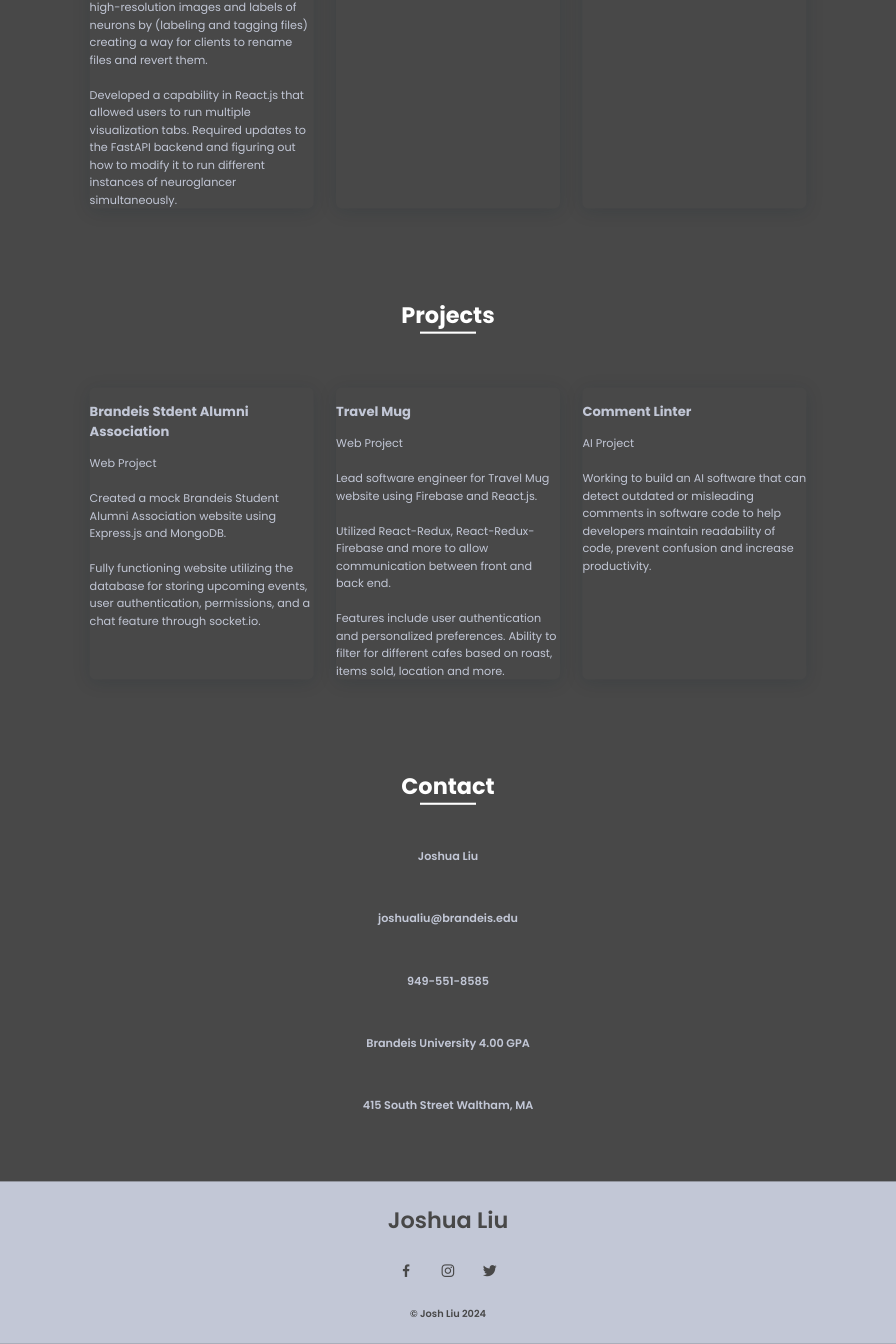
Repository: joshliu14/joshliu14.github.io
Page: index.html
An editor plug-in stored every save of this project. The page is shown before and after the next save, followed by the edit.
The browser window is 1280 px wide. The pictures show the part of the page from y = 3514 to 5434 px (the page is 5434 px tall before and 5345 px after), at 70% of full size.

Above is the page before, as saved 2024-02-01 03:41:36.

### index.html
<!DOCTYPE html>
<html lang="en">
  <head>
    <meta charset="UTF-8" />
    <meta name="viewport" content="width=device-width, initial-scale=1.0" />
    <link rel="icon" href="assets/icons/favicon.ico" type="image/x-icon"/>
    <link rel="stylesheet" href="assets/css/web.css" />

    <!-- =====BOX ICONS===== -->
    <link
      href="https://unpkg.com/boxicons@2.1.4/css/boxicons.min.css"
      rel="stylesheet"
    />

    <title>Joshua Liu</title>
  </head>
  <body>
    <!--===== HEADER =====-->
    <header class="l-header">
      <nav class="nav bd-grid">
        <div>
          <a href="#" class="nav__logo">Joshua Liu</a>
        </div>

        <div class="nav__menu" id="nav-menu">
          <ul class="nav__list">
            <li class="nav__item">
              <a href="#home" class="nav__link active-link">Home</a>
            </li>
            <li class="nav__item">
              <a href="#about" class="nav__link">About</a>
            </li>
            <li class="nav__item">
              <a href="#skills" class="nav__link">Skills</a>
            </li>
            <li class="nav__item">
              <a href="#coursework" class="nav__link">Coursework</a>
            </li>
            <li class="nav__item">
              <a href="#experience" class="nav__link">Experience</a>
            </li>
            <li class="nav__item">
              <a href="#projects" class="nav__link">Projects</a>
            </li>
            <li class="nav__item">
              <a href="#contact" class="nav__link">Contact</a>
            </li>
          </ul>
        </div>

        <div class="nav__toggle" id="nav-toggle">
          <i class="bx bx-menu"></i>
        </div>
      </nav>
    </header>

    <main class="l-main">
      <!--===== HOME =====-->
      <section class="home bd-grid" id="home">
        <div class="home__data">
          <h1 class="home__title">
            Hi,<br />I'm <span class="home__title-color">Josh</span><br />
          </h1>

          <a href="resume.pdf" class="button">Resume</a>
        </div>

        <div class="home__social">
          <a
            href="https://www.linkedin.com/in/joshua-liu-727847208/"
            class="home__social-icon"
            ><i class="bx bxl-linkedin"></i
          ></a>
          <a href="https://github.com/joshliu14" class="home__social-icon"
            ><i class="bx bxl-github"></i
          ></a>
          <a href="https://leetcode.com/joshliu_/" class="home__social-icon"
            ><i class="bx bx-code-alt"></i
          ></a>
        </div>

        <div class="home__img">
          <svg
            class="home__blob"
            viewBox="0 0 479 467"
            xmlns="http://www.w3.org/2000/svg"
            xmlns:xlink="http://www.w3.org/1999/xlink"
          >
            <mask id="mask0" mask-type="alpha">
              <path
                d="M9.19024 145.964C34.0253 76.5814 114.865 54.7299 184.111 29.4823C245.804 6.98884 311.86 -14.9503 370.735 14.143C431.207 44.026 467.948 107.508 477.191 174.311C485.897 237.229 454.931 294.377 416.506 344.954C373.74 401.245 326.068 462.801 255.442 466.189C179.416 469.835 111.552 422.137 65.1576 361.805C17.4835 299.81 -17.1617 219.583 9.19024 145.964Z"
              />
            </mask>
            <g mask="url(#mask0)">
              <path
                d="M9.19024 145.964C34.0253 76.5814 114.865 54.7299 184.111 29.4823C245.804 6.98884 311.86 -14.9503 370.735 14.143C431.207 44.026 467.948 107.508 477.191 174.311C485.897 237.229 454.931 294.377 416.506 344.954C373.74 401.245 326.068 462.801 255.442 466.189C179.416 469.835 111.552 422.137 65.1576 361.805C17.4835 299.81 -17.1617 219.583 9.19024 145.964Z"
              />
              <image
                class="home__blob-img"
                x="30"
                y="65"
                href="assets/img/profile.png"
              />
            </g>
          </svg>
        </div>
      </section>

      <!--===== ABOUT =====-->
      <section class="about section" id="about">
        <h2 class="section-title">About</h2>

        <div class="about__container bd-grid">
          <div class="about__img">
            <img src="assets/img/about.png" alt="" />
          </div>

          <div>
            <h2 class="about__subtitle">I'm Josh Liu</h2>
            <p class="about__text">
              I am currently a sophomore at Brandeis University pursuing a
              degree in Computer Science and Applied Mathematics. I am eager to
              contribute my programming skills to real-world scenarios, and I am
              actively seeking software engineering internship opportunities. My
              goal is to enhance my knowledge, apply theoretical concepts in
              practical settings, and contribute meaningfully to innovative
              projects.
            </p>
          </div>
        </div>
      </section>

      <!--===== SKILLS =====-->
      <section class="skills section" id="skills">
        <h2 class="section-title">Skills</h2>

        <div class="skills__container bd-grid">
          <div>
            <h2 class="skills__subtitle">Relevant Skills</h2>
            <p class="skills__text">
                I have experience with the following programming languages,
                frameworks, and softwares. I am always eager to learn more
                about what computer science has to offer!
            </p>
            <div class="skills__data">
              <div class="skills__names">
                <i class="bx bxl-java skills__icon"></i>
                <span class="skills__name">JAVA</span>
              </div>
            </div>
            <div class="skills__data">
              <div class="skills__names">
                <i class="bx bxl-javascript skills__icon"></i>
                <span class="skills__name">JAVASCRIPT</span>
              </div>
            </div>
            <div class="skills__data">
              <div class="skills__names">
                <i class="bx bxl-python skills__icon"></i>
                <span class="skills__name">PYTHON</span>
              </div>
            </div>
            <div class="skills__data">
              <div class="skills__names">
                <i class="bx bxl-c-plus-plus skills__icon"></i>
                <span class="skills__name">C++</span>
              </div>
            </div>
            <div class="skills__data">
              <div class="skills__names">
                <i class="bx bxl-html5 skills__icon"></i>
                <span class="skills__name">HTML</span>
              </div>
            </div>
            <div class="skills__data">
              <div class="skills__names">
                <i class="bx bxl-css3 skills__icon"></i>
                <span class="skills__name">CSS</span>
              </div>
            </div>
          </div>
          <div>
            <div class="skills__data">
              <div class="skills__names">
                <i class="bx bx-code-block skills__icon"></i>
                <span class="skills__name">BASH</span>
              </div>
            </div>
            <div class="skills__data">
              <div class="skills__names">
                <i class="bx bxl-react skills__icon"></i>
                <span class="skills__name">REACT.JS</span>
              </div>
            </div>
            <div class="skills__data">
              <div class="skills__names">
                <i class="bx bxl-firebase skills__icon"></i>
                <span class="skills__name">FIREBASE</span>
              </div>
            </div>
            <div class="skills__data">
              <div class="skills__names">
                <i class="bx bxl-mongodb skills__icon"></i>
                <span class="skills__name">MONGODB</span>
              </div>
            </div>
            <div class="skills__data">
              <div class="skills__names">
                <i class="bx bxs-zap skills__icon"></i>
                <span class="skills__name">FASTAPI</span>
              </div>
            </div>
            <div class="skills__data">
              <div class="skills__names">
                <i class="bx bxl-redux skills__icon"></i>
                <span class="skills__name">REDUX</span>
              </div>
            </div>
            <div class="skills__data">
              <div class="skills__names">
                <i class="bx bxl-nodejs skills__icon"></i>
                <span class="skills__name">NODE</span>
              </div>
            </div>
            <div class="skills__data">
              <div class="skills__names">
                <i class="bx bxl-git skills__icon"></i>
                <span class="skills__name">GIT</span>
              </div>
            </div>
          </div>
      </section>

      <!--===== Relevant Coursework =====-->
      <section class="skills section" id="coursework">
        <h2 class="section-title">Coursework</h2>

        <div class="skills__container bd-grid">
          <div>
            <h2 class="skills__subtitle">Relavant Courses</h2>
           <p class="skills__text">
                Here are some relevant computer science and math courses
                that I have taken at Brandeis University.
            </p>
            <div class="skills__data">
              <div class="skills__names">
                <i class="bx bx-code skills__icon"></i>
                <span class="skills__name">DATA STRUCTURES AND ALGORITHMS</span>
              </div>
            </div>
            <div class="skills__data">
              <div class="skills__names">
                <i class="bx bx-code skills__icon"></i>
                <span class="skills__name">FUNDAMENTALS OF SOFTWARE ENGINEERING</span>
              </div>
            </div>
            <div class="skills__data">
              <div class="skills__names">
                <i class="bx bx-code skills__icon"></i>
                <span class="skills__name">DISCRETE STRUCTURES</span>
              </div>
            </div>
            <div class="skills__data">
              <div class="skills__names">
                <i class="bx bx-code skills__icon"></i>
                <span class="skills__name">WEB APPLICATION DEVELOPMENT</span>
              </div>
            </div>
            <div class="skills__data">
              <div class="skills__names">
                <i class="bx bx-code skills__icon"></i>
                <span class="skills__name">OPERATING SYSTEMS</span>
              </div>
            </div>
            <div class="skills__data">
              <div class="skills__names">
                <i class="bx bx-code skills__icon"></i>
                <span class="skills__name">THEORY OF COMPUTATION</span>
              </div>
            </div>
          </div>
          <div>
             <div class="skills__data">
              <div class="skills__names">
                <i class="bx bx-math skills__icon"></i>
                <span class="skills__name">LINEAR ALGEBRA</span>
              </div>
            </div>
            <div class="skills__data">
              <div class="skills__names">
                <i class="bx bx-math skills__icon"></i>
                <span class="skills__name">INTRODUCTION TO PROOFS</span>
              </div>
            </div>
            <div class="skills__data">
              <div class="skills__names">
                <i class="bx bx-math skills__icon"></i>
                <span class="skills__name">MULTIVARIABLE CALCULUS</span>
              </div>
            </div>
            <div class="skills__data">
              <div class="skills__names">
                <i class="bx bx-math skills__icon"></i>
                <span class="skills__name">DIFFERENTIAL EQUATIONS</span>
              </div>
            </div>
            <div class="skills__data">
              <div class="skills__names">
                <i class="bx bx-math skills__icon"></i>
                <span class="skills__name">NUMERICAL METHODS AND BIG DATA</span>
              </div>
            </div>
            <div class="skills__data">
              <div class="skills__names">
                <i class="bx bx-math skills__icon"></i>
                <span class="skills__name">INTRODUCTION TO APPLIED MATHEMATICS</span>
              </div>
            </div>
          </div>
      </section>

      <!--===== Experience =====-->
      <section class="work section" id="experience">
        <h2 class="section-title">Experience</h2>

        <div class="work__container bd-grid">
                <div class="work__img">
                <h3 class="work__title">Software Engineering Intern</h3>
                <span class="work__subtitle">Boston College</span>
                <p class="work__description">
                    <br />
                    Summer research intern under Donglai Wei, a Professor in the field of Computer
                    Vision and Biomedical Image Analysis at Boston College.
                    <br />
                    <br />
                    Learned and took part in the software development lifecycle, working with a team to
                    contribute to developing a web app that segments and labels neurons for clients.
                    <br />
                    <br />
                    Worked on the front end in React.js and the back end in FastAPI to help organize high-resolution images
                    and labels of neurons by (labeling and tagging files) creating a way for clients to rename files and revert them.
                    <br />
                    <br />
                    Developed a capability in React.js that allowed users to run multiple visualization tabs. Required updates
                    to the FastAPI backend and figuring out how to modify it to run different instances of neuroglancer simultaneously.
                </p>
                </div>
                <div class="work__img">
                <h3 class="work__title">Research Intern</h3>
                <span class="work__subtitle">Brandeis University</span>
                <p class="work__description">
                    <br />
                    Researching under Dylan Cashman, a Professor at Brandeis University who is currently working on
                    columnar data augmentation using knowledge graphs.
                    <br />
                    <br />
                    Performing research in machine learning regarding neural networks and image classification and attending weekly meetings.
                </p>
                </div>
                <div class="work__img">
                <h3 class="work__title">Software Engineer</h3>
                <span class="work__subtitle">TAMID</span>
                <p class="work__description">
                    <br />
                    Training to help develop softwares for Israeli tech startups.
                    Currently developing my own project this semester.
                </p>
                </div>
        </div>
      </section>

       <!--===== Personal Projects =====-->
      <section class="work section" id="projects">
        <h2 class="section-title">Projects</h2>

        <div class="work__container bd-grid">
                <div class="work__img">
                <h3 class="work__title">Brandeis Stdent Alumni Association</h3>
                <span class="work__subtitle">Web Project</span>
                <p class="work__description">
                    <br />
                    Created a mock Brandeis Student Alumni Association website
                    using Express.js and MongoDB.
                    <br />
                    <br />
                    Fully functioning website utilizing the
                    database for storing upcoming events, user authentication, permissions,
                    and a chat feature through socket.io.
                </p>
                </div>
                <div class="work__img">
                <h3 class="work__title">Travel Mug</h3>
                <span class="work__subtitle">Web Project</span>
                <p class="work__description">
                    <br />
                    Lead software engineer for Travel Mug website using Firebase and React.js.
                    <br />
                    <br />
                    Utilized React-Redux, React-Redux-Firebase
                    and more to allow communication between front and back end.
                    <br />
                    <br />
                    Features include user authentication and personalized preferences.
                    Ability to filter for different cafes based on roast, items sold, location and more.
                </p>
                </div>
                <div class="work__img">
                <h3 class="work__title">Comment Linter</h3>
                <span class="work__subtitle">AI Project</span>
                <p class="work__description">
                    <br />
                    Working to build an AI software that can detect outdated
                    or misleading comments in software code to help developers
                    maintain readability of code, prevent confusion and increase
                    productivity.
                </p>
                </div>
        </div>
      </section>

      <!--===== INFO =====-->
      <section class="contact section" id="contact">
        <h2 class="section-title">Contact</h2>
        <p class="contact__input">Joshua Liu</p>
        <p class="contact__input">joshualiu@brandeis.edu</p>
        <p class="contact__input">949-551-8585</p>
        <p class="contact__input">Brandeis University 4.00 GPA</p>
        <p class="contact__input">415 South Street Waltham, MA</p>
      </section>
    </main>

    <!--===== FOOTER =====-->
    <footer class="footer">
      <p class="footer__title">Joshua Liu</p>
      <div class="footer__social">
        <a href="https://www.facebook.com/josh.liu.9847" class="footer__icon"
          ><i class="bx bxl-facebook"></i
        ></a>
        <a href="https://www.instagram.com/joshliu_" class="footer__icon"
          ><i class="bx bxl-instagram"></i
        ></a>
        <a href="https://twitter.com/jahliu" class="footer__icon"
          ><i class="bx bxl-twitter"></i
        ></a>
      </div>
      <p class="footer__copy">&#169; Josh Liu 2024</p>
    </footer>

    <!--===== SCROLL REVEAL =====-->
    <script src="https://unpkg.com/scrollreveal"></script>

    <!--===== MAIN JS =====-->
    <script src="assets/js/main.js"></script>
  </body>
</html>

Loaded but not shown: assets/js/main.js (61 lines, source omitted); assets/css/web.css (479 lines, source omitted)

After the next save:
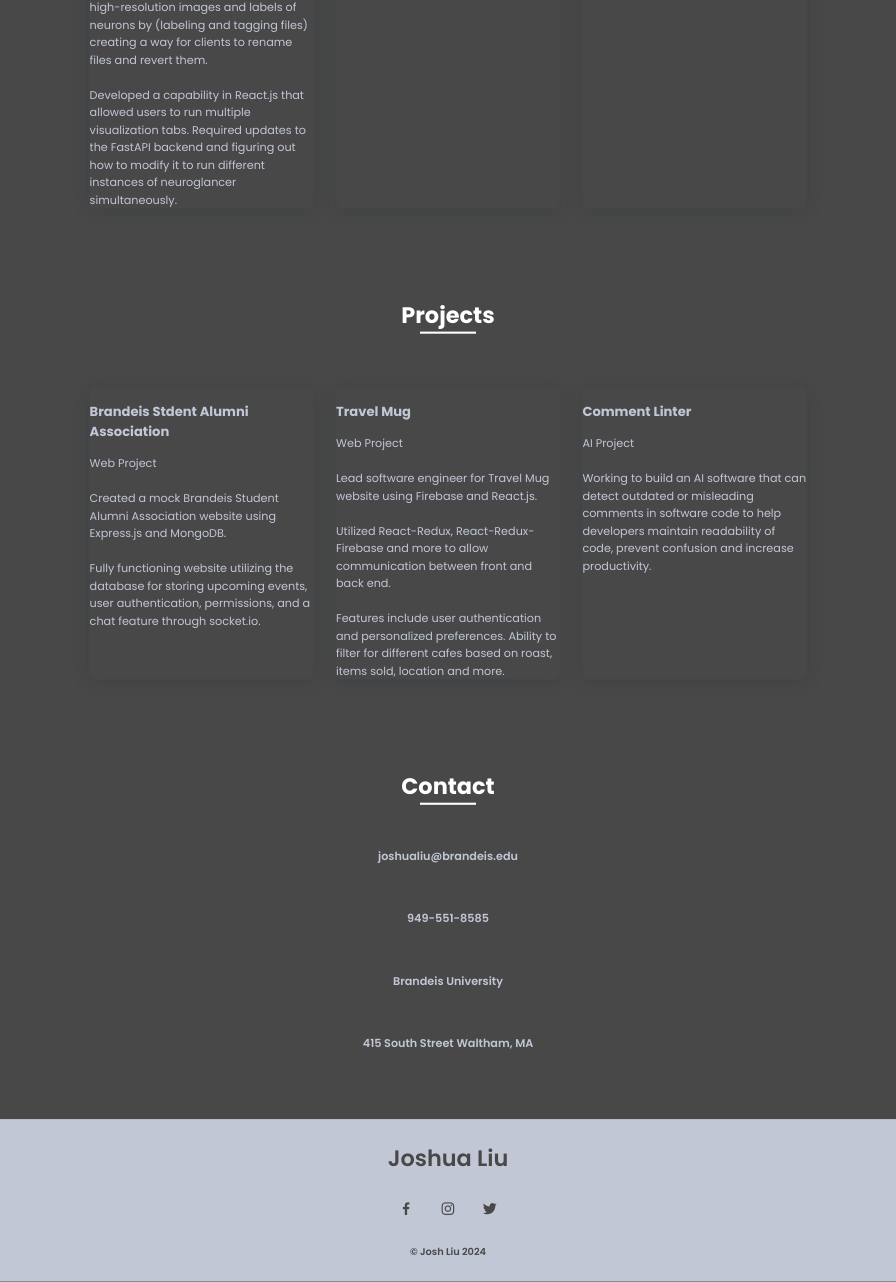
Saved 39 s later.
--- a/index.html
+++ b/index.html
@@ -421,10 +421,9 @@
       <!--===== INFO =====-->
       <section class="contact section" id="contact">
         <h2 class="section-title">Contact</h2>
-        <p class="contact__input">Joshua Liu</p>
         <p class="contact__input">joshualiu@brandeis.edu</p>
         <p class="contact__input">949-551-8585</p>
-        <p class="contact__input">Brandeis University 4.00 GPA</p>
+        <p class="contact__input">Brandeis University</p>
         <p class="contact__input">415 South Street Waltham, MA</p>
       </section>
     </main>
